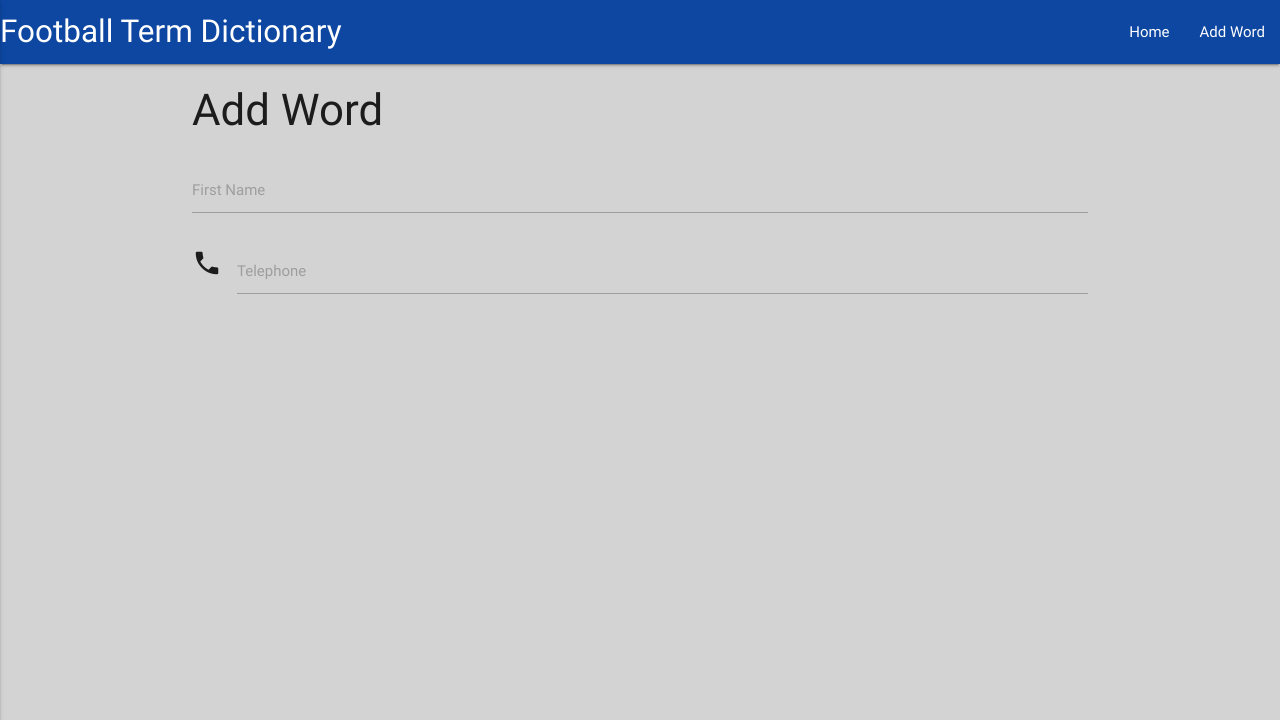
Repository: BLMcDonald/Milestone3
Page: http://localhost/add_word
The author's editor kept a record of every edit. The page is drawn from the files as they stood at one moment, then again after the next edit.
The browser window is 1280 px wide. The pictures show the whole page.
Some web libraries are served in a nearby version. The page is served by the project's application, run on Flask 3 (app.py).

Above is the page before.

### templates/addword.html
{% extends 'base.html'%}
{% block content %}

<h3>Add Word</h3>

<div class="row">
    <form action="" method="POST" class="col s12">
        <div class="row">
            <div class="input-field col s12">
                <input id="word_name" name="word_name" type="text" class="validate">
                <label for="icon_prefix">First Name</label>
            </div>
            <div class="input-field col s12">
                <i class="material-icons prefix">phone</i>
                <input id="icon_telephone" type="tel" class="validate">
                <label for="icon_telephone">Telephone</label>
            </div>
        </div>
    </form>
</div>

{% endblock %}

### templates/base.html
<!DOCTYPE html>
<html lang="en">
<head>
    <link href="https://fonts.googleapis.com/icon?family=Material+Icons" rel="stylesheet">
    <link rel="stylesheet" href="https://cdnjs.cloudflare.com/ajax/libs/materialize/0.100.2/css/materialize.min.css">
    <link rel="stylesheet" href="{{url_for('static', filename='css/style.css')}}" type="text/css"/>
</head>
<body>
    <header>
        <nav>
            <div class="nav-wrapper blue darken-4">
                <a href="{{url_for('get_words')}}" class="brand-logo">Football Term Dictionary</a>
                <a href="#" data-activates="mobile-demo" class="button-collapse"><i class="material-icons">menu</i></a>
                <ul id="nav-mobile" class="right hide-on-med-and-down">
                    <li><a href="{{url_for('get_words')}}">Home</a></li>
                    <li><a href="{{url_for('add_word')}}">Add Word</a></li>
                </ul>
                <ul class="side-nav" id="mobile-demo">
                    li><a href="{{url_for('get_words')}}">Home</a></li>
                    <li><a href="{{url_for('add_word')}}">Add Word</a></li>
                </ul>
            </div>
        </nav>
    </header>
    <div class="container">
        {% block content %}
        {% endblock %}
    </div>

    <script src="https://cdnjs.cloudflare.com/ajax/libs/jquery/3.2.1/jquery.min.js"></script>
    <script src="https://cdnjs.cloudflare.com/ajax/libs/materialize/0.100.2/js/materialize.min.js"></script>
    <script type="text/javascript">

        $(document).ready(function() {
            $('.collapsible').collapsible();
            $(".button-collapse").sideNav();
        })
    </script>
</body>
</html>

### app.py
import os
from flask import Flask, render_template, redirect, request, url_for
from flask_pymongo import PyMongo
from bson.objectid import ObjectId

app = Flask(__name__)

app.config["MONGO_DBNAME"] = 'dictionary'
app.config["MONGO_URI"] = 'mongodb+srv://root:83OH5Pni9RRgTofE@projectscluster-hyee9.mongodb.net/dictionary?retryWrites=true&w=majority'

mongo = PyMongo(app)


@app.route('/')
@app.route('/get_words')
def get_words():
    return render_template("words.html", words=mongo.db.words.find())

@app.route('/add_word')
def add_word():
    return render_template("addword.html")

@app.route('/insert_word', methods=['POST'])
def insert_word():
    words = mongo.db.words
    words.insert_one(request.form.to_dict())
    return redirect(url_for('get_words'))

@app.route('/edit_word/<word_id>')
def edit_word(word_id):
    the_word = mongo.db.words.find_one({"_id": ObjectId(word_id)})
    return render_template("editword.html", word=the_word)

if __name__ == '__main__':
    app.run(host=os.environ.get('IP'),
            port=int(os.environ.get('PORT')),
            debug=True)

### static/css/style.css
.btn_custom {
    height: 24px;
    width: 70px;
    line-height: 24px;
    margin: 5px;
    padding: 0px 8px;
}

.word_header {
    margin-top: 5px;
}

.logo_style {
    margin-left: 5px;
}

body {
    background-color: #D3D3D3;
}

After the next edit:
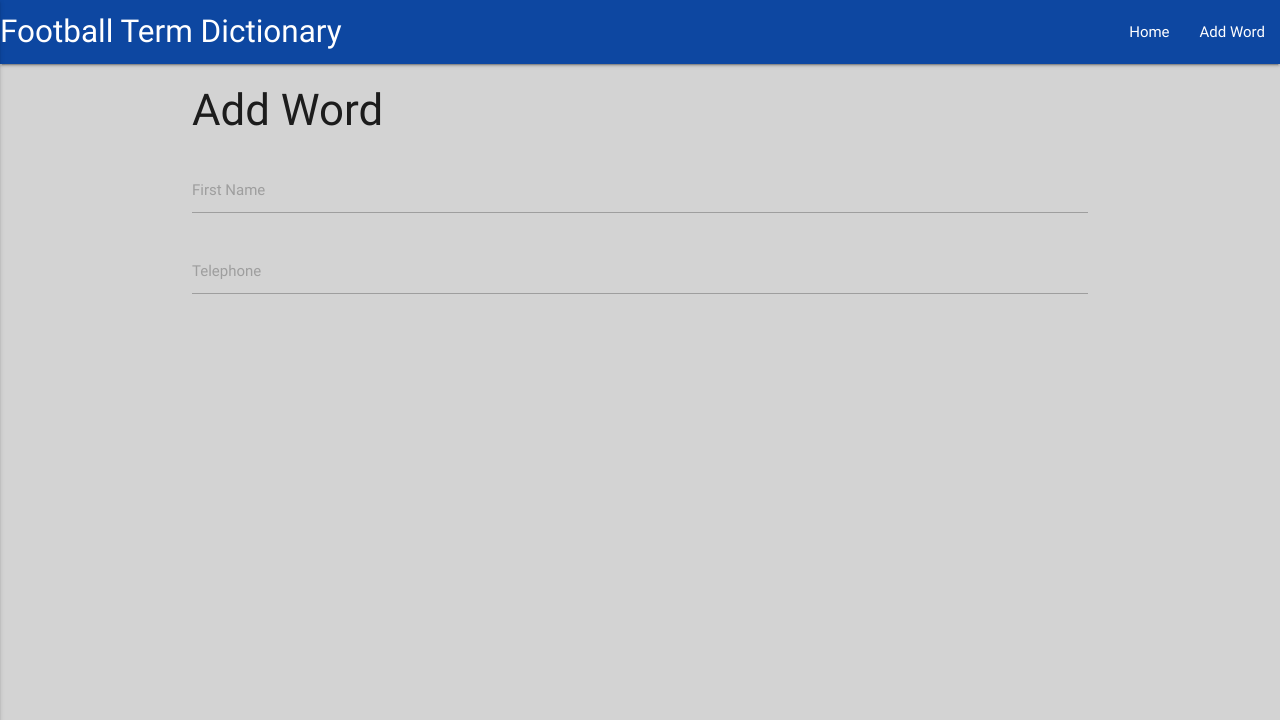
The edit:
--- a/templates/addword.html
+++ b/templates/addword.html
@@ -11,7 +11,6 @@
                 <label for="icon_prefix">First Name</label>
             </div>
             <div class="input-field col s12">
-                <i class="material-icons prefix">phone</i>
                 <input id="icon_telephone" type="tel" class="validate">
                 <label for="icon_telephone">Telephone</label>
             </div>
